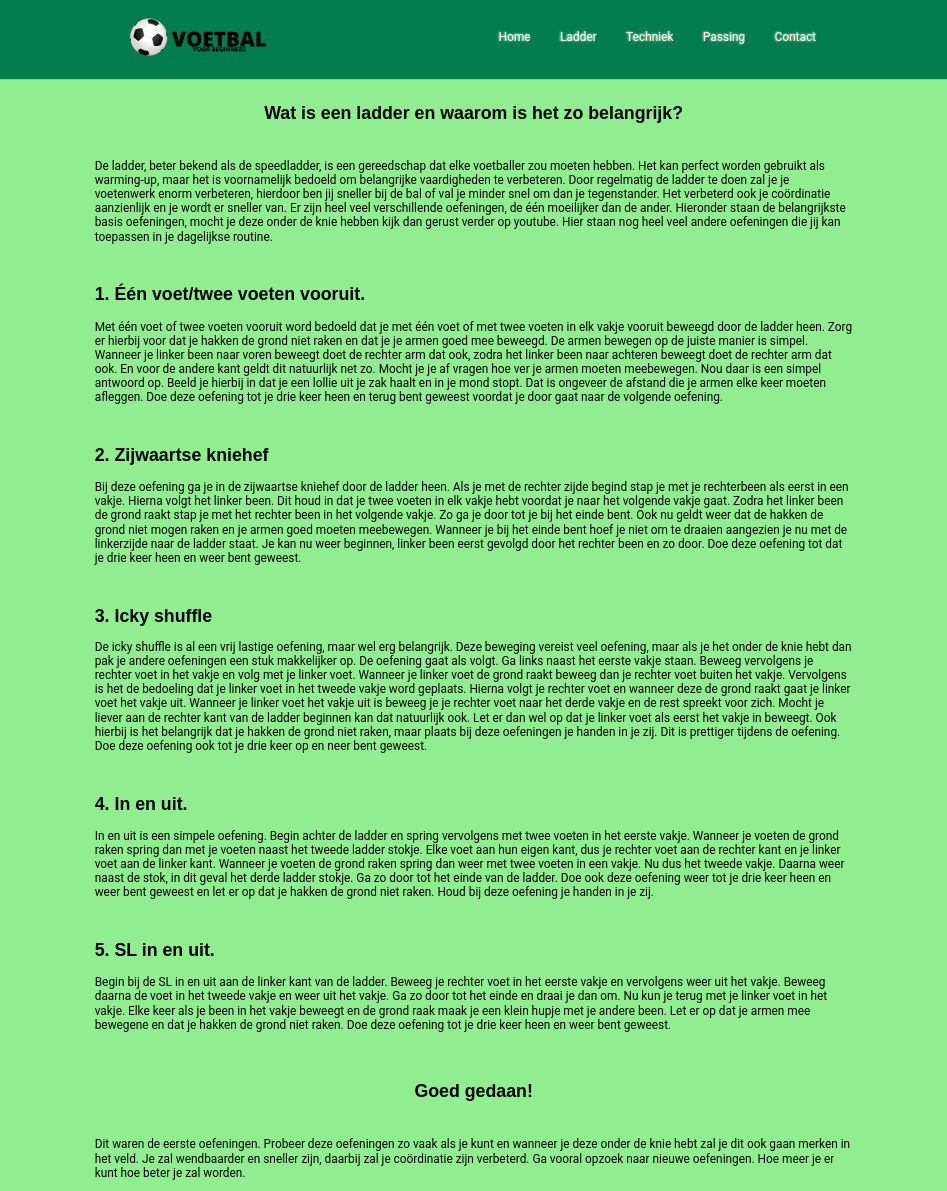
Repository: KelvinOxfoort/Start
Page: ladder.html
The author's editor kept a record of every edit. The page is drawn from the files as they stood at one moment, then again after the next edit.
The browser window is 1280 px wide. The pictures show the whole page, at 74% of full size.

Above is the page before.

After the next edit:
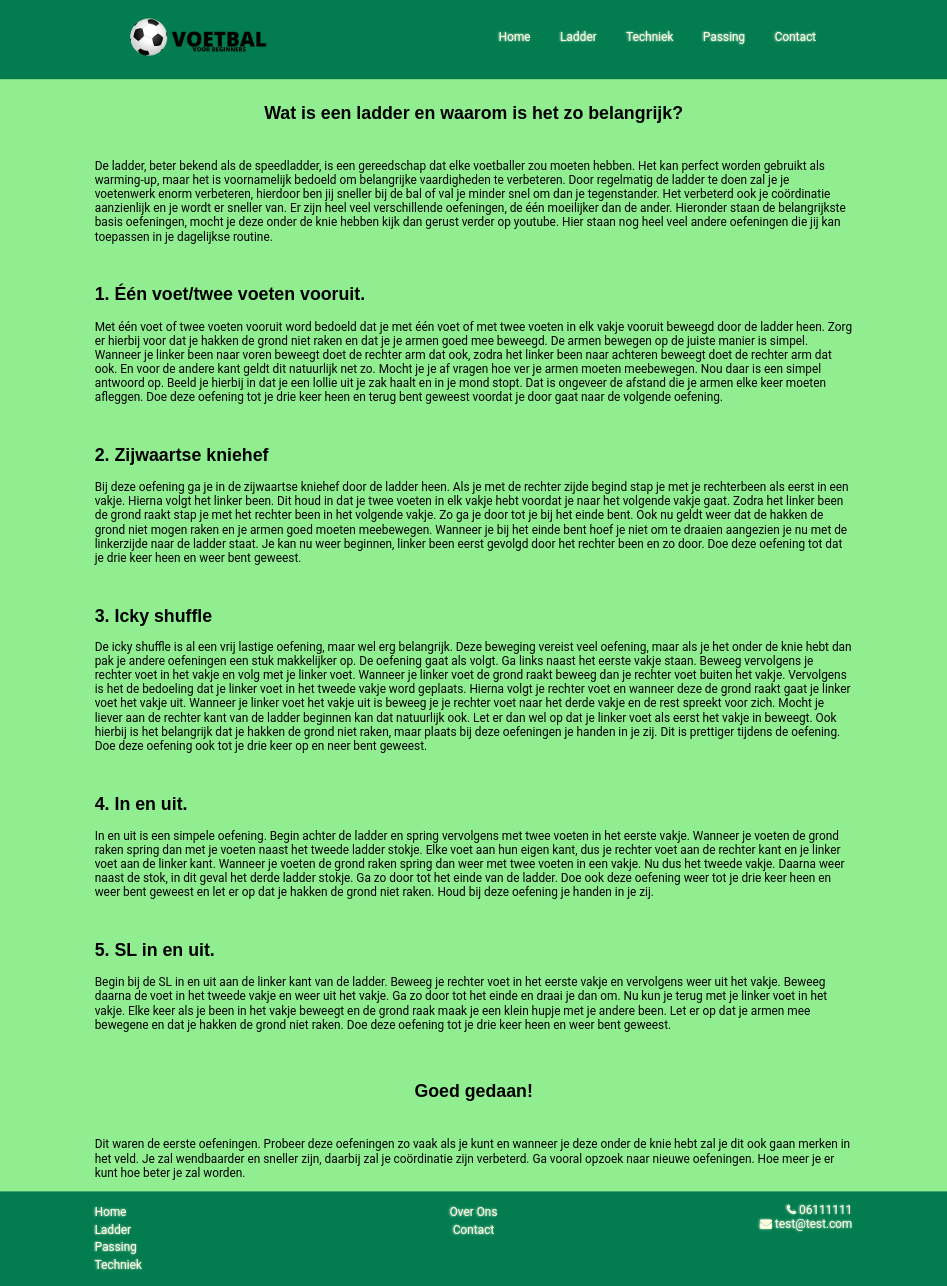
The edit:
--- a/ladder.html
+++ b/ladder.html
@@ -84,3 +84,25 @@
                 Je zal wendbaarder en sneller zijn, daarbij zal je coördinatie zijn verbeterd. Ga vooral opzoek naar nieuwe oefeningen. Hoe meer je er kunt hoe beter je zal worden.</p>
             </section>
     </main>
+     <footer id="footer">
+        <div class="footercolumns">
+            <ul class="footerpagina">
+                <li><a href="index.html">Home</a></li>
+                <li><a href="ladder.html">Ladder</a></li>
+                <li><a href="passing.html">Passing</a></li>
+                <li><a href="techniek.html">Techniek</a></li>
+            </ul>
+            <ul class="footerinfo">
+                <li><a href="overons.html">Over Ons</a></li>
+                <li><a href="contact.html">Contact</a></li>
+            </ul>
+            <ul class="footercontact">
+                <li><i class="fa fa-phone"></i> 06111111</a>
+                </li>
+                <li><i class="fa fa-envelope"></i> test@test.com</a>
+                </li>
+            </ul>
+        </div>
+    </footer>
+    </body>
+    </html>
